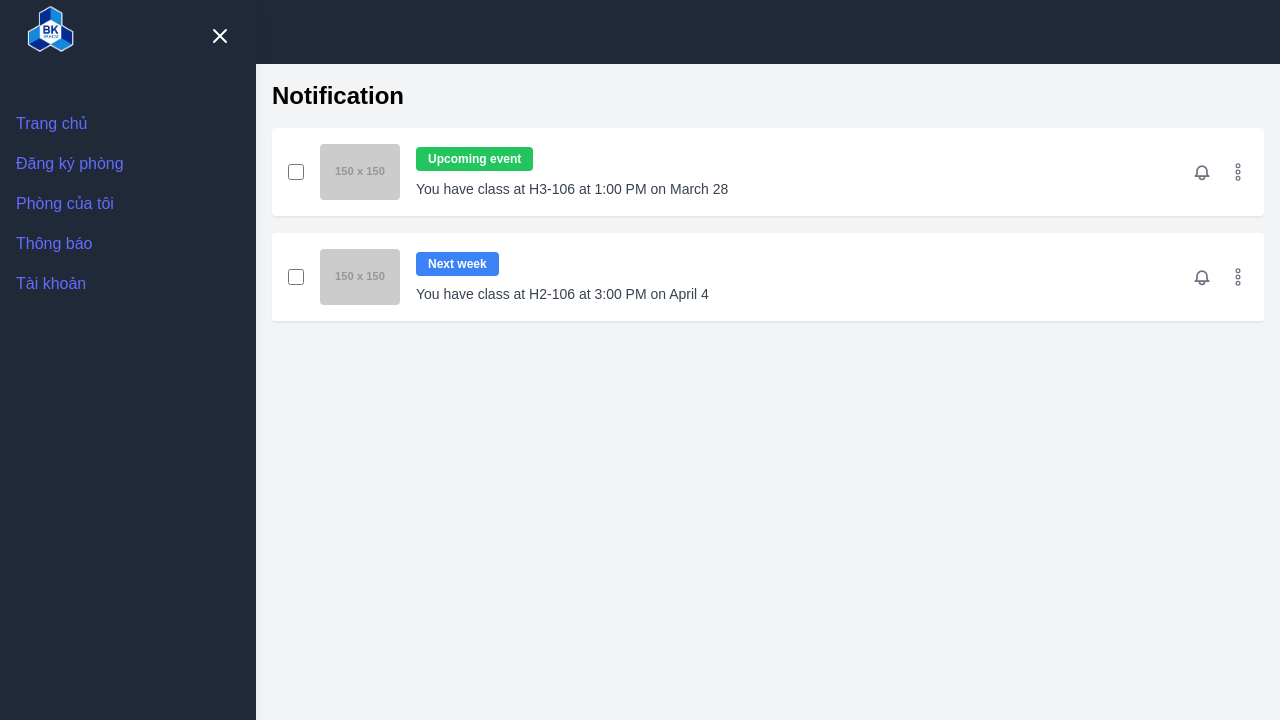
Repository: CNPM-S3MRS/frontend-web
Page: /notification
An editor plug-in stored every save of this project. The page is shown before and after the next save, followed by the edit.
The browser window is 1280 px wide. The pictures show the whole page.
The project was rebuilt for these pictures with package versions that can differ from the ones it lists, and the page was loaded fresh each time. Also part of the build but not shown: vite.config.js, src/pages/auth/Login.jsx.

Above is the page before, as saved 2025-04-09 02:42:03.

### src/App.jsx
import { BrowserRouter as Router, Routes, Route } from 'react-router-dom';
import Login from '@/pages/auth/Login';
import Notification from './pages/notification/notification';

function App() {
  return (
    <Router>
      <Routes>
        <Route path="/login" element={<Login />} />
        <Route path="/notification" element={<Notification />} /> {/* Add this route */}
        <Route path="/" element={<div>Trang chủ</div>} />
      </Routes>
    </Router>
  );
}

export default App;

### src/index.css
@tailwind base;
@tailwind components;
@tailwind utilities;


:root {
  font-family: system-ui, Avenir, Helvetica, Arial, sans-serif;
  line-height: 1.5;
  font-weight: 400;

  color-scheme: light dark;
  color: rgba(255, 255, 255, 0.87);
  background-color: #242424;

  font-synthesis: none;
  text-rendering: optimizeLegibility;
  -webkit-font-smoothing: antialiased;
  -moz-osx-font-smoothing: grayscale;
}

a {
  font-weight: 500;
  color: #646cff;
  text-decoration: inherit;
}
a:hover {
  color: #535bf2;
}

/* body {
  margin: 0;
  display: flex;
  place-items: center;
  min-width: 320px;
  min-height: 100vh;
} */

h1 {
  font-size: 3.2em;
  line-height: 1.1;
}

.header-button {
  background: none;
  border: none;
  color: inherit;
  cursor: pointer;
  padding: 0;
  display: inline-flex;
  align-items: center;
  justify-content: center;
}


.sidebar-button {
  background: none;
  border: none;
  color: inherit;
  cursor: pointer;
  padding: 0.5rem;
  display: inline-flex;
  align-items: center;
  justify-content: center;
}

button {
  border-radius: 8px;
  border: 1px solid transparent;
  padding: 0.6em 1.2em;
  font-size: 1em;
  font-weight: 500;
  font-family: inherit;
  background-color: #1a1a1a;
  cursor: pointer;
  transition: border-color 0.25s;
}
button:hover {
  border-color: #646cff;
}
button:focus,
button:focus-visible {
  outline: 4px auto -webkit-focus-ring-color;
}
h1 {
  font-size: 1.5rem;
  font-weight: bold;
  margin-bottom: 1rem;
}
body {
  font-family: Arial, sans-serif;
  background-color: #ffffff;
  color: #000000;
}

input[type="checkbox"] {
  width: 1rem;
  height: 1rem;
}

@media (prefers-color-scheme: light) {
  :root {
    color: #213547;
    background-color: #ffffff;
  }
  a:hover {
    color: #747bff;
  }
  button {
    background-color: #f9f9f9;
  }
}

### src/pages/notification/notification.jsx
import React, { useState } from "react";
import Sidebar from "../../components/bars/Sidebar";
import NotificationCard from "../../components/card/NotificationCard";
import Header from "../../components/header/Header";

const Notification = () => {
  const [isSidebarOpen, setIsSidebarOpen] = useState(true); // Sidebar is visible by default

  return (
    <div className="flex flex-col h-screen">
      {/* Header */}
      <Header isSidebarOpen={isSidebarOpen} setIsSidebarOpen={setIsSidebarOpen} />

      <div className="flex flex-grow">
        {/* Sidebar */}
        <Sidebar isSidebarOpen={isSidebarOpen} setIsSidebarOpen={setIsSidebarOpen} />

        {/* Main Content */}
        <div
          className={`flex-grow p-4 bg-gray-100 transition-all duration-300 ${
            isSidebarOpen ? "ml-64" : "ml-0"
          }`}
        >
          <h1 className="text-2xl font-bold mb-4">Notification</h1>

          {/* Example Notification Cards */}
          <NotificationCard
            image="https://via.placeholder.com/150"
            status="Upcoming event"
            statusColor="green"
            message="You have class at H3-106 at 1:00 PM on March 28"
          />
          <NotificationCard
            image="https://via.placeholder.com/150"
            status="Next week"
            statusColor="blue"
            message="You have class at H2-106 at 3:00 PM on April 4"
          />
        </div>
      </div>
    </div>
  );
};

export default Notification;

### src/components/bars/Sidebar.jsx
import React from "react";
import { NavLink } from "react-router-dom";
import LogoBK from "../../assets/LogoBK.jpg"; // Adjust the path as necessary
const Sidebar = ({ isSidebarOpen, setIsSidebarOpen }) => {
  return (
    <div
      className={`fixed inset-y-0 left-0 w-64 bg-gray-800 text-white shadow-lg z-50 transform ${
        isSidebarOpen ? "translate-x-0" : "-translate-x-full"
      } transition-transform duration-300`}
    >
      <img src={LogoBK} alt="Logo" className="w-17 h-16 object-contain " />
      {/* Close Button */}
      <button
        onClick={() => setIsSidebarOpen(false)}
        className="sidebar-button absolute top-4 right-4 text-white focus:outline-none"
        aria-label="Close Sidebar"
      >
        <svg
          xmlns="http://www.w3.org/2000/svg"
          width="24"
          height="24"
          fill="none"
          viewBox="0 0 24 24"
          stroke="currentColor"
        >
          <path
            strokeLinecap="round"
            strokeLinejoin="round"
            strokeWidth={2}
            d="M6 18L18 6M6 6l12 12"
          />
        </svg>
      </button>

      {/* Sidebar Links */}
      <ul className="mt-8 space-y-4 p-4">
        <li>
          <NavLink to="/" className="hover:text-gray-400">
            Trang chủ
          </NavLink>
        </li>
        <li>
          <NavLink to="/register-room" className="hover:text-gray-400">
            Đăng ký phòng
          </NavLink>
        </li>
        <li>
          <NavLink to="/my-rooms" className="hover:text-gray-400">
            Phòng của tôi
          </NavLink>
        </li>
        <li>
          <NavLink to="/notification" className="hover:text-gray-400">
            Thông báo
          </NavLink>
        </li>
        <li>
          <NavLink to="/account" className="hover:text-gray-400">
            Tài khoản
          </NavLink>
        </li>
      </ul>
    </div>
  );
};

export default Sidebar;

### src/components/card/NotificationCard.jsx
import React from "react";

const NotificationCard = ({ image, status, statusColor, message }) => {
  const statusColorClass = {
    green: "bg-green-500",
    blue: "bg-blue-500",
    red: "bg-red-500",
  };
  return (
    <div className="flex items-center justify-between w-full p-4 border-b bg-white shadow-sm rounded mb-4">
      {/* Left Section */}
      <div className="flex items-center space-x-4">
        {/* Checkbox */}
        <input type="checkbox" className="w-4 h-4" />

        {/* Image */}
        <img
          src={image}
          alt="Notification"
          className="w-20 h-14 object-cover rounded"
        />

        {/* Content */}
        <div>
          {/* Status Badge */}
          <span
            className={`inline-block px-3 py-1 text-xs font-semibold text-white rounded ${
              statusColorClass[statusColor] || "bg-gray-500"
            }`}
          >
            {status}
          </span>
          {/* Message */}
          <p className="text-sm text-gray-700 mt-2">{message}</p>
        </div>
      </div>

      {/* Right Section (Icons) */}
      <div className="flex items-center space-x-4">
        {/* Bell Icon */}
        <svg
          xmlns="http://www.w3.org/2000/svg"
          className="h-5 w-5 text-gray-500"
          fill="none"
          viewBox="0 0 24 24"
          stroke="currentColor"
        >
          <path
            strokeLinecap="round"
            strokeLinejoin="round"
            strokeWidth={2}
            d="M15 17h5l-1.405-1.405A2.032 2.032 0 0118 14.158V11a6 6 0 10-12 0v3.159c0 .538-.214 1.055-.595 1.436L4 17h5m6 0v1a3 3 0 11-6 0v-1m6 0H9"
          />
        </svg>

        {/* Three-Dot Icon */}
        <svg
          xmlns="http://www.w3.org/2000/svg"
          className="h-5 w-5 text-gray-500"
          fill="none"
          viewBox="0 0 16 16"
          stroke="currentColor"
        >
          <path
            strokeLinecap="round"
            strokeLinejoin="round"
            d="M9.5 13a1.5 1.5 0 1 1-3 0 1.5 1.5 0 0 1 3 0m0-5a1.5 1.5 0 1 1-3 0 1.5 1.5 0 0 1 3 0m0-5a1.5 1.5 0 1 1-3 0 1.5 1.5 0 0 1 3 0"
          />
        </svg>
      </div>
    </div>
  );
};

export default NotificationCard;

### src/components/header/Header.jsx
import React, { useState } from "react";
import { NavLink } from "react-router-dom";
import LogoBK from "../../assets/LogoBK.jpg"; // Adjust the path as necessary

const Header = ({ isSidebarOpen, setIsSidebarOpen }) => {
    return (
      <header className="flex items-center justify-between px-4 bg-gray-800 text-white">
        {/* Left Section: Hamburger Menu and Logo */}
        <div className="flex items-center space-x-2">
          {/* Hamburger Menu */}
          <button
            onClick={() => setIsSidebarOpen(!isSidebarOpen)}
            className="header-button focus:outline-none"
            aria-label="Toggle Sidebar"
          >
            <svg
              xmlns="http://www.w3.org/2000/svg"
              width="24"
              height="24"
              fill="currentColor"
              className="bi bi-list"
              viewBox="0 0 16 16"
            >
              <path
                fillRule="evenodd"
                d="M2.5 12a.5.5 0 0 1 .5-.5h10a.5.5 0 0 1 0 1H3a.5.5 0 0 1-.5-.5m0-4a.5.5 0 0 1 .5-.5h10a.5.5 0 0 1 0 1H3a.5.5 0 0 1-.5-.5m0-4a.5.5 0 0 1 .5-.5h10a.5.5 0 0 1 0 1H3a.5.5 0 0 1-.5-.5"
              />
            </svg>
          </button>

          {/* Logo */}
          <img src={LogoBK} alt="Logo" className="w-17 h-16 object-contain" />
        </div>
      </header>
    );
  };

  export default Header;

### tailwind.config.js
/** @type {import('tailwindcss').Config} */
module.exports = {
  content: ["./src/**/*.{js,jsx,ts,tsx}"], // Include all source files
  theme: {
    extend: {},
  },
  plugins: [],
};

Loaded but not shown: index.html (common file); src/main.jsx (common file)

After the next save:
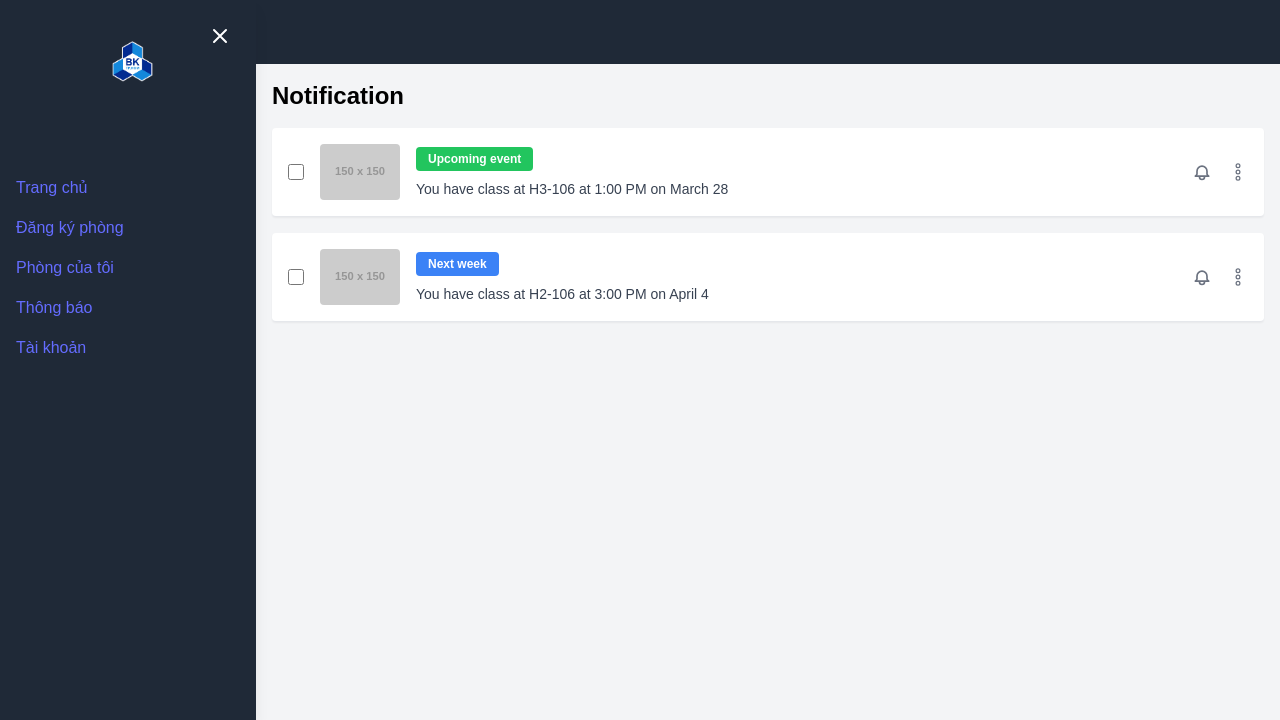
Saved 10 s later.
--- a/src/components/bars/Sidebar.jsx
+++ b/src/components/bars/Sidebar.jsx
@@ -8,7 +8,9 @@
         isSidebarOpen ? "translate-x-0" : "-translate-x-full"
       } transition-transform duration-300`}
     >
-      <img src={LogoBK} alt="Logo" className="w-17 h-16 object-contain " />
+      <div className="flex items-center justify-center h-32">
+        <img src={LogoBK} alt="Logo" className="w-20 h-20 object-contain" />
+      </div>
       {/* Close Button */}
       <button
         onClick={() => setIsSidebarOpen(false)}
